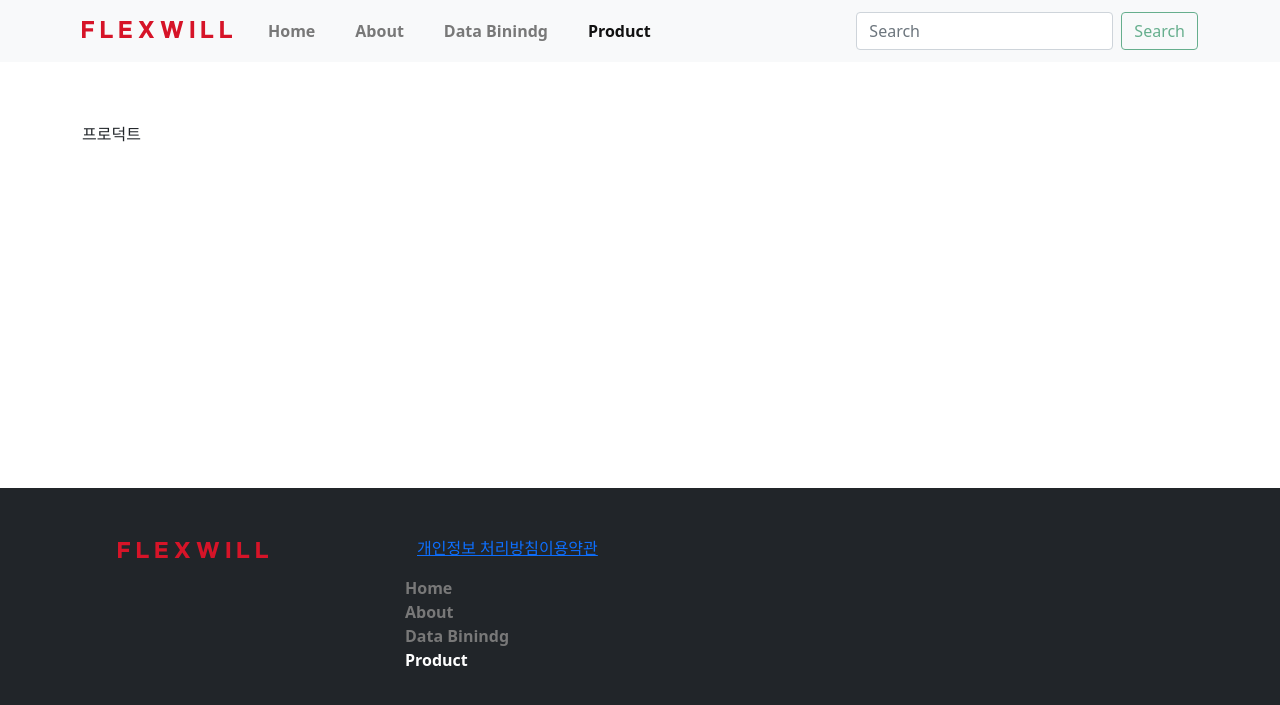
Repository: jang0ha/vue
Page: /product
An editor plug-in stored every save of this project. The page is shown before and after the next save, followed by the edit.
The browser window is 1280 px wide. The pictures show the whole page.
The project was rebuilt for these pictures with package versions that can differ from the ones it lists, and the page was loaded fresh each time. Also part of the build but not shown: vue.config.js, src/views/HomeView.vue, src/views/AboutView.vue.

Above is the page before, as saved 2022-04-19 11:51:34.

### src/main.js
import { createApp } from 'vue'
import App from './App.vue'
import router from './router'

import 'bootstrap/dist/css/bootstrap.css'



createApp(App).use(router).mount('#app')



import "bootstrap/dist/js/bootstrap.js";

### src/App.vue
<template>
    <div id="wrap">
        <Header />
        <!-- <Content /> -->
        <Footer />
    </div>
</template>

<style>
@import "./assets/css/layout.css";
</style>

<script>
import Header from"./components/layout/Header.vue";
// import Content from"./components/layout/Content.vue";
import Footer from"./components/layout/Footer.vue";

export default {
    name:"App",
    components:{
        Header,
        // Content,
        Footer,
    }
}
</script>

### src/router/index.js
// import { createRouter, createWebHistory } from 'vue'
import { createRouter, createWebHistory } from 'vue-router'
import HomeView from '../views/HomeView.vue'
import AboutView from '../views/AboutView.vue'
import DataBinding from '../views/DataBinding.vue'
import ProductView from '../views/ProductView.vue'

const routes = [
  {
    path: '/', //브라우저에서 접속하는 url 주소를 정의
    name: 'home',
    component: HomeView // 지정된path로 들어왔을 때 보여줄 vue 컴포넌트 , 앞으로 구현할 vue 파일을 연결하고, 해당파일을 실행
  },
  {
    path: '/about',
    name: 'about',
    // route level code-splitting  >> 라우트 레벨에서 코드를 분할하는 방법
    // this generates a separate chunk (about.[hash].js) for this route  >> 이 라우트에 대한 chunk파일이 분리되어 생성
    // which is lazy-loaded when the route is visited.  >> 이 라우트에 방문했을떄 지연로드 됩니다.
    // component: () => import(
      /* webpackChunkName: "about" */
    //   '../views/AboutView.vue'
    // )
    component: AboutView
  },
  {
    path: '/databinding',
    name: 'DataBinding',
    component:DataBinding
  },
  {
    path: '/product',
    name: 'ProductView',
    component:ProductView
  }
]

const router = createRouter({
  history: createWebHistory(process.env.BASE_URL),
  routes
})

export default router

### src/assets/css/layout.css
#app{
min-height: 100%;
 display: flex;
 flex-direction: column;
 overflow: hidden;
}
#content{
 flex-grow: 1;
 min-height:calc(100vh - 294px);
 padding:60px 0;
}

### src/components/layout/Header.vue
<template>
    <!-- <nav>
    <router-link to="/">Home</router-link> |
    <router-link to="/about">About</router-link>
    <router-link to="/databinding">Data Binindg</router-link>
    <router-link to="/product">Product</router-link>
  </nav> -->
    <div id="header-block">
        <header>
            <nav class="navbar navbar-expand-lg navbar-light bg-light">
                <div class="container">
                    <a class="navbar-brand" href="#">
                        <router-link to="/">
                            <img src="../../assets/images/logo.svg" alt="">
                        </router-link>
                    </a>
                    <button class="navbar-toggler" type="button" data-bs-toggle="collapse" data-bs-target="#navbarSupportedContent" aria-controls="navbarSupportedContent" aria-expanded="false" aria-label="Toggle navigation">
                        <span class="navbar-toggler-icon"></span>
                    </button>
                    <div class="collapse navbar-collapse" id="navbarSupportedContent">
                        <ul class="navbar-nav me-auto mb-2 mb-lg-0">
                            <li class="nav-item">
                                <router-link to="/">Home</router-link>
                            </li>
                            <li class="nav-item">
                                <router-link to="/about">About</router-link>
                            </li>
                            <li class="nav-item dropdown">
                                <router-link to="/databinding">Data Binindg</router-link>
                            </li>
                            <li class="nav-item">
                                <router-link to="/product">Product</router-link>
                            </li>
                        </ul>
                        <form class="d-flex">
                            <input class="form-control me-2" type="search" placeholder="Search" aria-label="Search" v-model="textValue">
                            <button class="btn btn-outline-success" type="submit" v-bind:disabled="textValue==''">Search</button>
                        </form>
                    </div>
                </div>
            </nav>
        </header>
    </div>

    <router-view />


</template>


<style>
@import "../../assets/css/header.css";
</style>

<script>

export default {
    name : 'header-nav',//컴포넌트 이름
    components: {}, //다른 컴포넌트 사용 시 컴포넌트를 import하고, 배열로 저장
    data(){ //html과 자바스크립트 코드에서 사용할 데이터 변수 선언
        return {
            textValue: '',
        };
    },
    setup(){}, // 컴포지션Api
    created(){}, //컴포넌트가 생성되면 실행
    mounted() {}, //templete에 정의된 html 코드가 랜더링 된 후 실행
    unmounted() {}, //unmount가 완료 된 후 실행
    methods: {}, //컴포넌트 내에서 사용할 메소드 정의
}
</script>

### src/components/layout/Footer.vue
<template>
    <div id="footer-block">
        <footer>
            <div class="bg-dark text-white">
                <div class="container p-5">
                    <div class="row row-0">
                        <div class="col-lg-3">
                                <router-link to="/">
                                    <img src="../../assets/images/logo.svg" alt="로고이미지" class="logo">
                                </router-link>
                        </div>
                        <div class="col-lg-9">
                            <ul class="d-flex">
                                <li><a href="">개인정보 처리방침</a></li>
                                <li class="ml-3"><a href="">이용약관</a></li>
                            </ul>
                            <ul class="navbar-nav me-auto mb-2 mb-lg-0">
                                <li class="nav-item">
                                <router-link to="/">
                                    Home
                                </router-link>
                                </li>
                                <li class="nav-item">
                                <router-link to="/about">About</router-link>
                                </li>
                                <li class="nav-item dropdown">
                                <router-link to="/databinding">Data Binindg</router-link>
                                </li>
                                <li class="nav-item">
                                <router-link to="/product">Product</router-link>
                                </li>
                            </ul>
                        </div>
                    </div>
                </div>
            </div>
        </footer>
    </div>
</template>

<style>
@import "../../assets/css/footer.css";

</style>

<script>
export default {
    name : 'footer-nav',//컴포넌트 이름
    components: {}, //다른 컴포넌트 사용 시 컴포넌트를 import하고, 배열로 저장
    data(){ //html과 자바스크립트 코드에서 사용할 데이터 변수 선언
        return {
            textValue: '',
        };
    },
    setup(){}, // 컴포지션Api
    created(){}, //컴포넌트가 생성되면 실행
    mounted() {}, //templete에 정의된 html 코드가 랜더링 된 후 실행
    unmounted() {}, //unmount가 완료 된 후 실행
    methods: {}, //컴포넌트 내에서 사용할 메소드 정의
}
</script>

### src/views/DataBinding.vue
<template>
    <div id="content" class="content">
        <div class="container">
            <div class="databinding">
                <h1>hello, {{title}}</h1>

                <div>
                    <div>{{htmlString}}</div>
                    <div v-html="htmlString"></div>

                    <br><br><br><br>

                    <label for="1"><input type="checkbox" name="" id="1" v-model="checked" value="서울">서울</label>
                    <label for="2"><input type="checkbox" name="" id="2" v-model="checked" value="부산">부산</label>
                    <label for="3"><input type="checkbox" name="" id="3" v-model="checked" value="제주">제주</label>
                    <br>
                    <span>체크한 지역 {{checked}}</span>
                    <br><br><br><br>
                    <label for="4"><input type="radio" name="" id="4" v-model="picked" value="서울">서울</label>
                    <label for="5"><input type="radio" name="" id="5" v-model="picked" value="부산">부산</label>
                    <label for="6"><input type="radio" name="" id="6" v-model="picked" value="제주">제주</label>
                    <br>
                </div>
            </div>
        </div>

    </div>
</template>
<script>
export default {
    data(){ //html과 자바스크립트 코드에서 사용할 데이터 변수 선언
        return {
            title : "데이터 바인딩~!@!@!@!@!@!@ ",
            htmlString:'<p style="color: red;">나는 문어~ </p>',
            checked: [],
            picked:[],
            textValue :"",
            isActive:"true",
            hasError:"false"

        };
    },
}
</script>

<style>
    button{background:#111; color:#fff; outline:0;}
    button:disabled{background:#ededed;}
    .active{
        background:#ededed; color:blue; font-size:30px; font-weight: bold;

    }
    .fail {
        background:red; color:white; font-size:30px;font-weight: bold;
    }
</style>

### src/views/ProductView.vue
<template>
    <div id="content" class="content">
        <div class="container">
            프로덕트
        </div>
    </div>
</template>
<script>
export default {
    data(){ //html과 자바스크립트 코드에서 사용할 데이터 변수 선언
        return {
           title: "영하네 상품",
            subtitle: "서브 타이틀이에요",
        };
    },
}
</script>

<style>
</style>

### src/assets/css/header.css
.nav-item a{padding: 0 20px; text-decoration: none; color:#787878; font-weight:bold;}
.nav-item a:hover{color:#111;}
.router-link-active{ color:#111!important;}
.navbar-brand{
    width:150px;
    height:46px;
}

### src/assets/css/footer.css
footer .logo{width:150px;}
ul li{list-style: none;}


/* ------------------------------------------------------------ */
footer .nav-item a{padding: 0 20px; text-decoration: none; color:#787878; font-weight:bold;}
footer .nav-item a:hover{color:#fff;}
footer .router-link-active{ color:#fff!important;}
footer .navbar-brand{width:150px;height:46px;}

Loaded but not shown: public/index.html (common file)

After the next save:
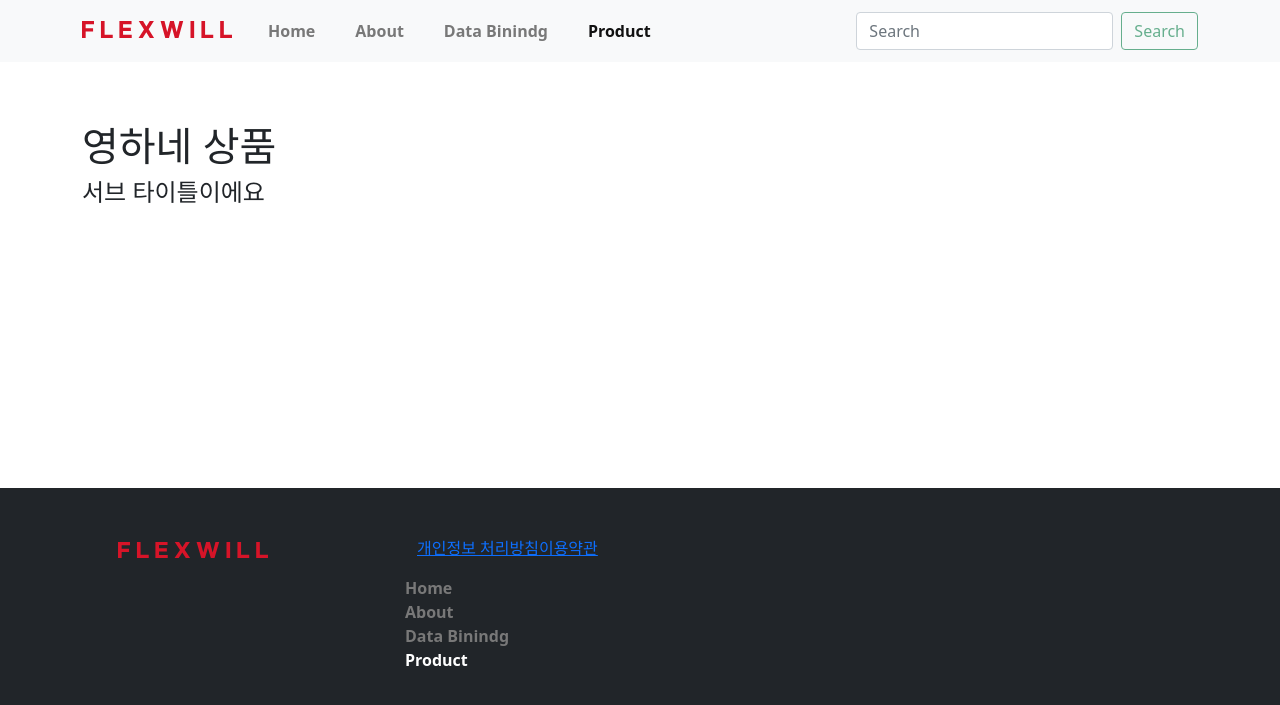
Saved 21 s later.
--- a/src/views/ProductView.vue
+++ b/src/views/ProductView.vue
@@ -1,7 +1,8 @@
 <template>
     <div id="content" class="content">
         <div class="container">
-            프로덕트
+            <h1>{{ title}}</h1>
+            <h4>{{subtitle}}</h4>
         </div>
     </div>
 </template>
